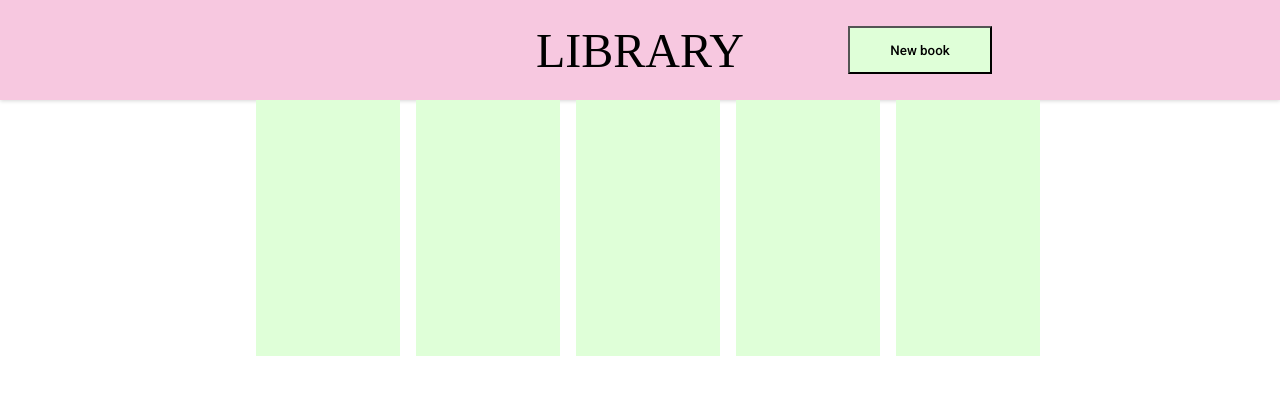
Repository: yeetzpxoci/library
Page: index.html
The author's editor kept a copy of each file at every save. The page is drawn from the files as they stood at one save, then again after the next save.
The browser window is 1280 px wide. The pictures show the whole page.
Some web fonts or font styles are not loaded; a fallback is used.

Above is the page before, as saved 2023-02-21 15:02:05.

After the next save:
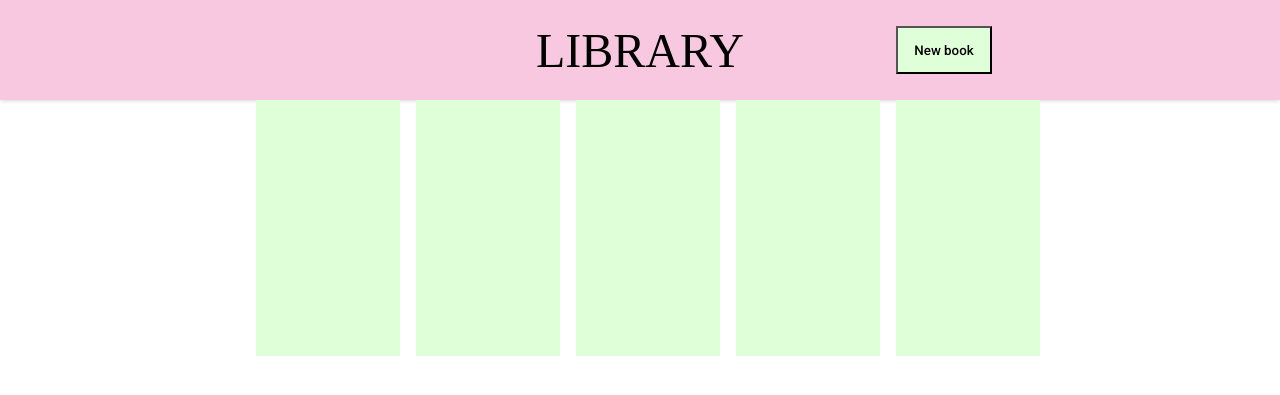
Saved 4 s later.
--- a/styles.css
+++ b/styles.css
@@ -29,7 +29,7 @@ body {
     font-family: 'Roboto', sans-serif;
     background-color: #DFFFD8;
     height: 48px;
-    width: 144px;
+    width: 96px;
 
 }
 
